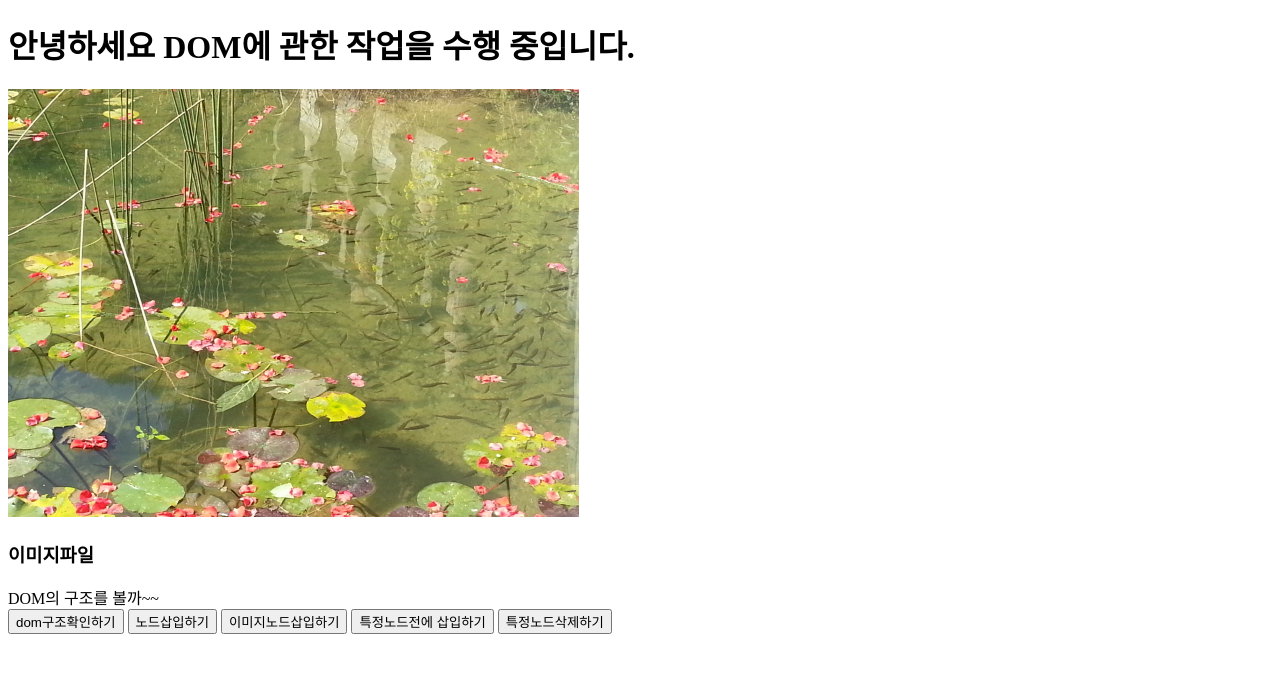
Repository: wishinghyun/multicampus
Page: webwork/clientweb/WebContent/js_dom/js_basic_dom_remove.html
These files come from the project's save history. The page is drawn as it stood at one moment and after the next save; the edit follows.
The browser window is 1280 px wide. The pictures show the whole page.
After loading, the first visible `#btndelete` was clicked once.

Above is the page before, as saved 2020-01-10 02:27:32.

### webwork/clientweb/WebContent/js_dom/js_basic_dom_remove.html

<!DOCTYPE html>
<html>
<head>
	<meta http-equiv="Content-Type" content="text/html; charset=EUC-KR" />
	<title>Insert title here</title>
	<script type="text/javascript">
	window.onload = function() {
		document.getElementById("btndelete").onclick = function() {
			//1. 삭제하고 싶은 노드의 부모노드를 구하기
			targetNode = document.getElementById("myformId")
		}
	}
	</script>
</head>
<body>
	<div id="main">
		<h1 id="myhead">안녕하세요 DOM에 관한 작업을 수행 중입니다.</h1>
		<div id="mycontent1"><img src="../images/m_garden07.jpg" name="myimg" id="myimagId"
				alt="이미지파일" /><h3>이미지파일</h3></div>
		<div id="mycontent2">DOM의 구조를 볼까~~</div>
		<div id="domtestbtn">
			<form id="myformId" name="myform">
				<input type="button" value="dom구조확인하기"
					 name="btn" id="btndomtest" />
				<input type="button" value="노드삽입하기"
					 name="btn" id="btninsert" />
				<input type="button" value="이미지노드삽입하기"
					 name="btn" id="imginsert" />

				<input type="button" value="특정노드전에 삽입하기"
					 name="btn" id="btninsertbefore" />
				<input type="button" value="특정노드삭제하기"
					 name="btn" id="btndelete" />
			</form>

		</div>
	</div>
</body>
</html>

After the next save:
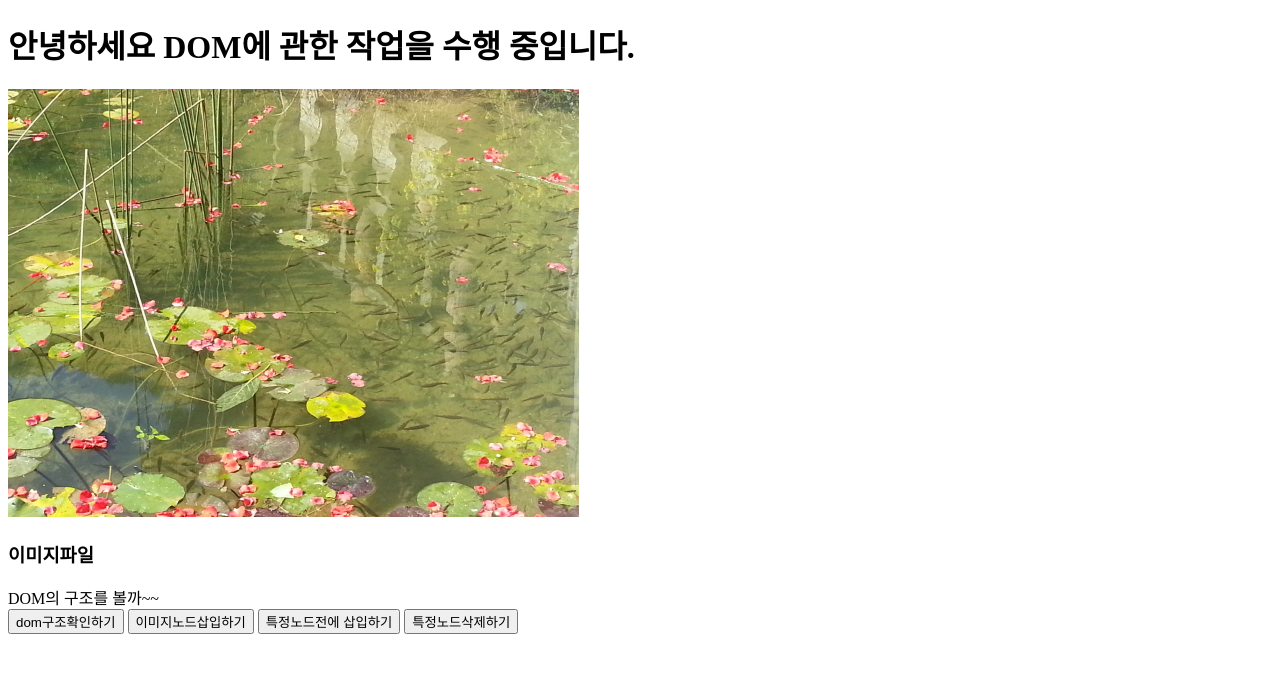
Saved 73 s later.
--- a/webwork/clientweb/WebContent/js_dom/js_basic_dom_remove.html
+++ b/webwork/clientweb/WebContent/js_dom/js_basic_dom_remove.html
@@ -9,6 +9,12 @@
 		document.getElementById("btndelete").onclick = function() {
 			//1. 삭제하고 싶은 노드의 부모노드를 구하기
 			targetNode = document.getElementById("myformId")
+
+			//2. 삭제할 노드를 구하기
+			deleteNode = document.getElementById("btninsert")
+
+			//3. 삭제하기
+			targetNode.removeChild(deleteNode)
 		}
 	}
 	</script>

After the 2 saves that followed:
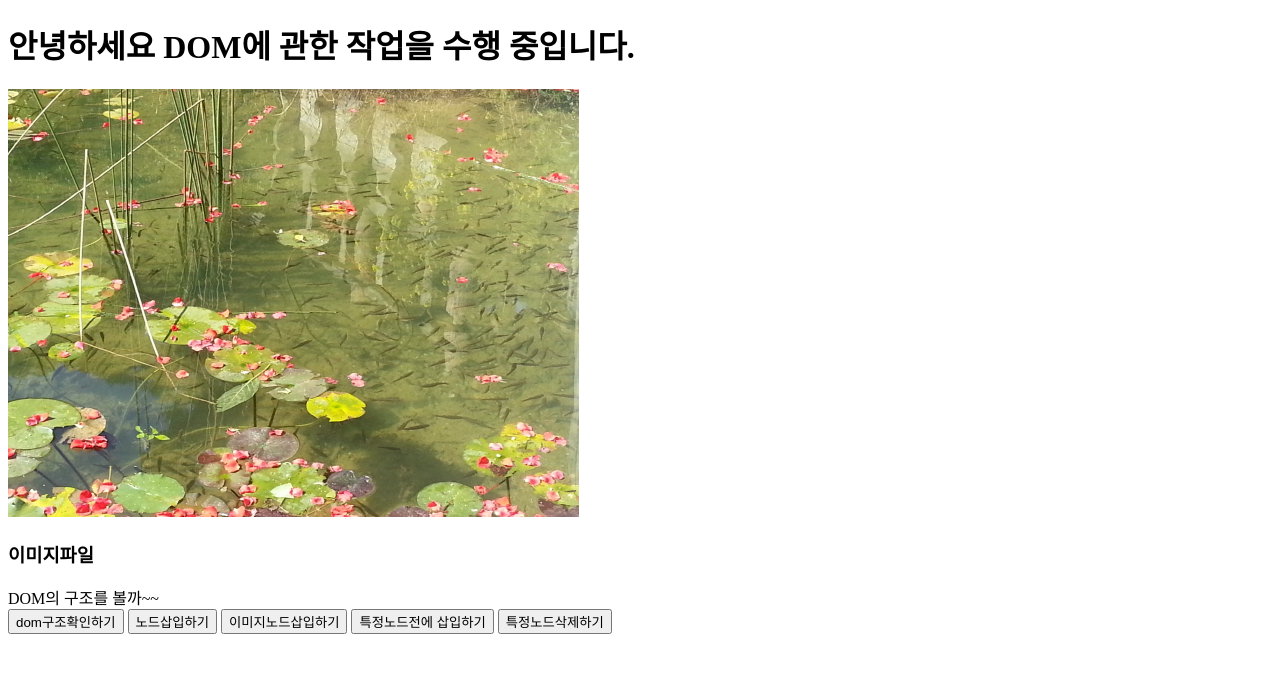
The 2 saves are shown as one change because 1 left the picture as it was.
The last was saved 2 min 19 s later.
--- a/webwork/clientweb/WebContent/js_dom/js_basic_dom_remove.html
+++ b/webwork/clientweb/WebContent/js_dom/js_basic_dom_remove.html
@@ -11,10 +11,10 @@
 			targetNode = document.getElementById("myformId")
 
 			//2. 삭제할 노드를 구하기
-			deleteNode = document.getElementById("btninsert")
+			delNode = targetNode.firstChild
 
 			//3. 삭제하기
-			targetNode.removeChild(deleteNode)
+			targetNode.removeChild(delNode)
 		}
 	}
 	</script>
